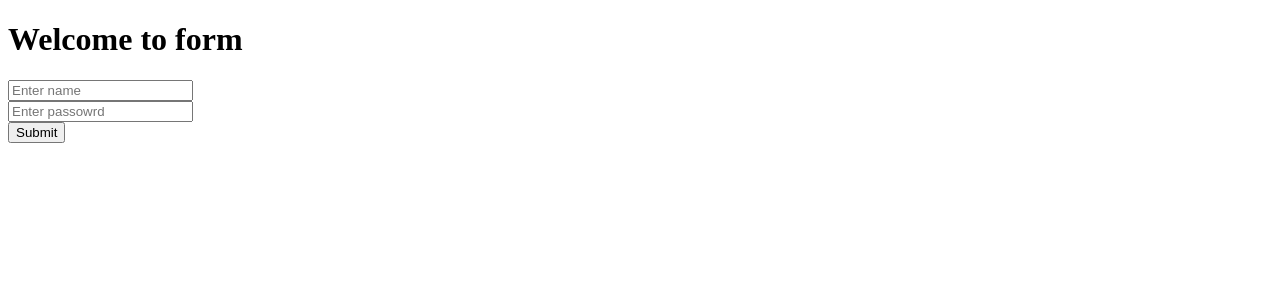
Repository: Senyadt2/Projects-On-Java
Page: GetPostDemo/src/main/webapp/index.html
These files come from the project's save history. The page is drawn as it stood at one moment and after the next save; the edit follows.
The browser window is 1280 px wide. The pictures show the whole page.

Above is the page before, as saved 2024-03-24 06:08:00.

After the next save:
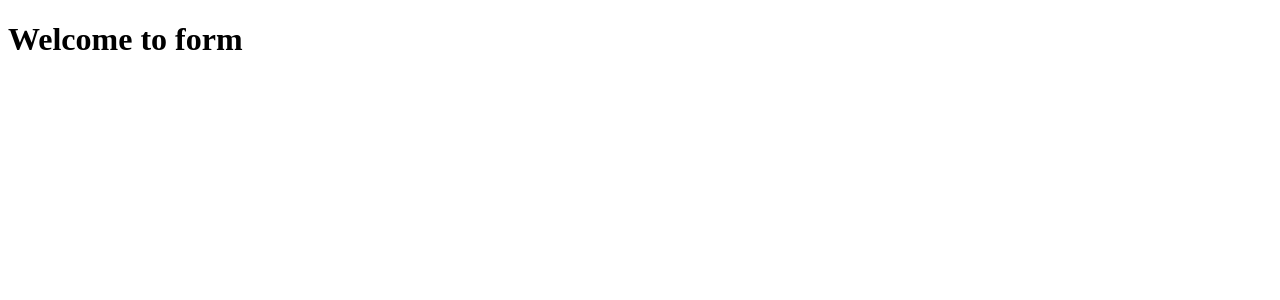
Saved 23 min 29 s later.
--- a/GetPostDemo/src/main/webapp/index.html
+++ b/GetPostDemo/src/main/webapp/index.html
@@ -6,10 +6,10 @@
 </head>
 <body>
 <h1>Welcome to form</h1>
-	<form action="login" method="get">
+	<!-- <form action="login" method="get">
 		<input type="text" name="name1" placeholder="Enter name"><br>
 		<input type="password" name="pass1" placeholder="Enter passowrd"><br>
 		<button type="submit" value="login">Submit</button>
-	</form>
+	</form> -->
 </body>
 </html>

After the 2 saves that followed:
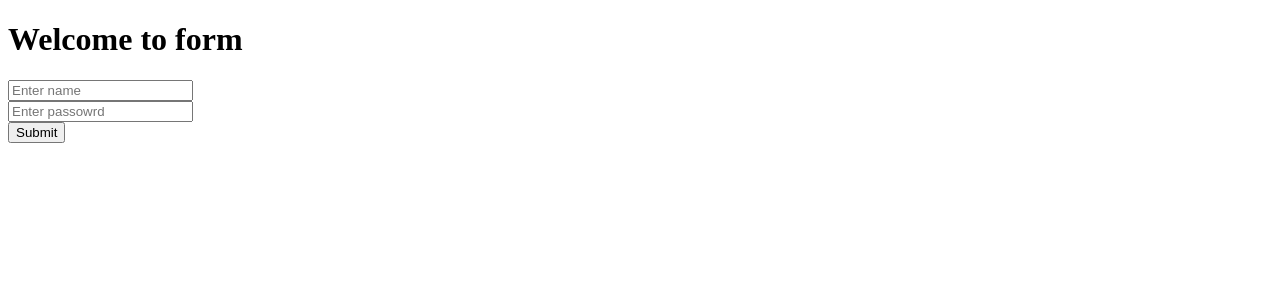
The 2 saves are shown as one change because they came seconds apart.
The last was saved 12 s later.
--- a/GetPostDemo/src/main/webapp/index.html
+++ b/GetPostDemo/src/main/webapp/index.html
@@ -6,10 +6,15 @@
 </head>
 <body>
 <h1>Welcome to form</h1>
-	<!-- <form action="login" method="get">
+<!-- 	<form action="login" method="get">
 		<input type="text" name="name1" placeholder="Enter name"><br>
 		<input type="password" name="pass1" placeholder="Enter passowrd"><br>
 		<button type="submit" value="login">Submit</button>
 	</form> -->
+		<form action="login" method="get">
+		<input type="text" name="name1" placeholder="Enter name"><br>
+		<input type="password" name="pass1" placeholder="Enter passowrd"><br>
+		<button type="submit" value="login">Submit</button>
+	</form>
 </body>
 </html>
